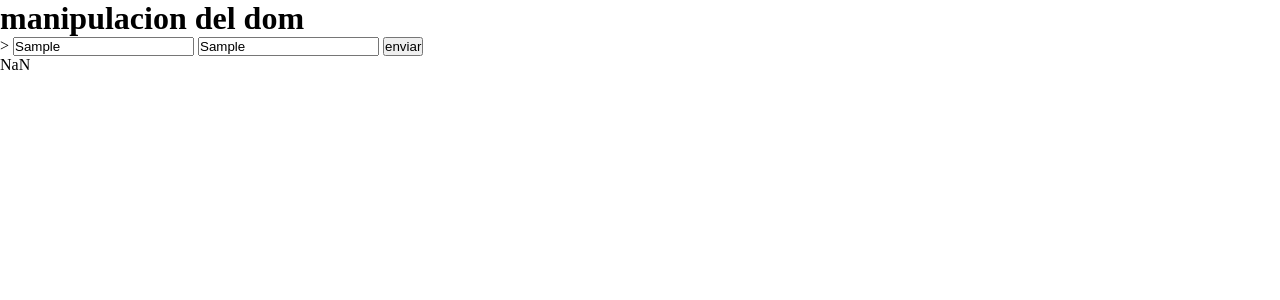
Repository: santig20/nuevo-curso-practico-de-js-platzi
Page: index.html
An editor plug-in stored every save of this project. The page is shown before and after a run of saves, followed by the edit.
The browser window is 1280 px wide. The pictures show the whole page.
Empty fields were first filled with sample values (such as "Sample", 5 or name@example.com).
After loading, the first visible `#btn_calcular` was clicked once.

Above is the page before, as saved 2022-07-25 10:29:24.

### index.html
<!DOCTYPE html>
<html lang="en">
<head>
    <meta charset="UTF-8">
    <meta http-equiv="X-UA-Compatible" content="IE=edge">
    <link rel="stylesheet" href="style.css">
    <meta name="viewport" content="width=device-width, initial-scale=1.0">
    <title>Document</title>
</head>
<body>
    <h1>manipulacion del dom</h1>
    <!-- clase de la 9 a 11-->
<!--<p class="p">parrafo simple</p>

<p class="parrafo">hola</p>
<p id="parrafo">hola</p>
<input type="text">
-->>
<input id="calculo">
<input  onchange="" id="calculo1">
<button id="btn_calcular" onclick="btnonclick()">enviar</button>
<p id="resultado"></p>
<script src="main.js"></script>
</body>
</html>

### style.css
*{
    margin:0 ;
    padding: 0;
    box-sizing: border-box;
}

### main.js
/*   clase de la 9 a la 11
const h1 = document.querySelector("h1")
const p= document.getElementsByClassName("p")
const parrafo = document.querySelector(".parrafo")
const parrafo1 = document.querySelector("#parrafo")
const input = document.querySelector("input")

console.log ({
    h1,
    p,
    parrafo,
    parrafo1,
    input
})
//cambiamos el texto del h1
h1.innerText = "curso practico de js"
//añadimos una clase al h1
h1.classList.add ("rojo");
// removemos la clase al h1
h1.classList.remove ("rojo")
//cambiamos el value del input
input.value = "hola";
//sintaxis parea nuevas etiquetas de html
document.createElement ("p");
//ejemplo
//creamos una nueva variable , que guarde la etiqueta de html que queremos qgregar
const img =document.createElement("img") ;
//seteamos los atributos de la etiqueta  img, en este caso el src y le pasamos la url de la imagen
img.setAttribute("src", "https://yt3.ggpht.com/yti/APfAmoFOJFykSOBURXOaTO64JSG3MPMo8OtQL_gfS7t-AQ=s88-c-k-c0x00ffffff-no-rj-mo")
//utilizamos la propieadad appenchild para agregar la etiqueta  de img , en este caso deajo del p que seleccionamos
parrafo1.appendChild(img);
*/

// clase 12

//creamos las variables, con las etiquetas que queremos seleccionar

const input = document.getElementById("calculo")
const input1 = document.getElementById("calculo1")
const boton = document.getElementById("btn_calcular")
const resultdo1 = document.getElementById("resultado")
//creamos una funcion,que se activara cunado agamos click en el boton
function btnonclick () {
   const value1= parseInt(input.value)
   const value2=parseInt(input1.value)
   const resultado= value1+value2
   resultdo1.innerText = ""+resultado;
}

After the next 3 saves:
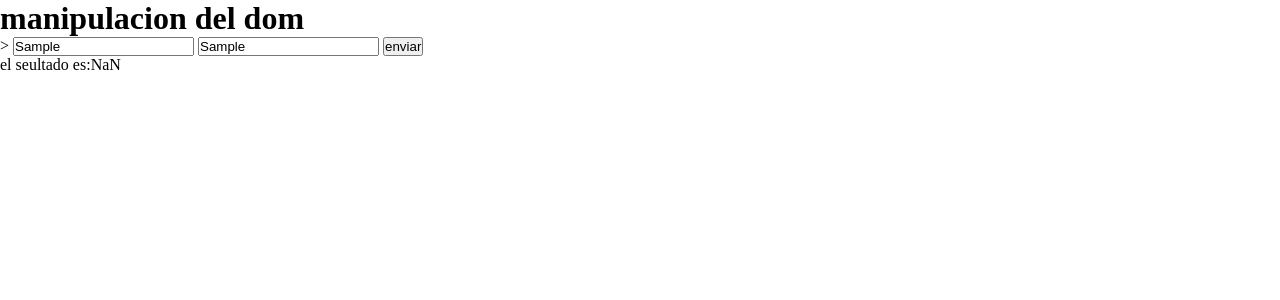
The 3 saves are shown as one change because they came seconds apart.
The last was saved 11 s later.
--- a/main.js
+++ b/main.js
@@ -44,5 +44,5 @@ function btnonclick () {
    const value1= parseInt(input.value)
    const value2=parseInt(input1.value)
    const resultado= value1+value2
-   resultdo1.innerText = ""+resultado;
+   resultdo1.innerText = "el seultado es:"+resultado;
 }
